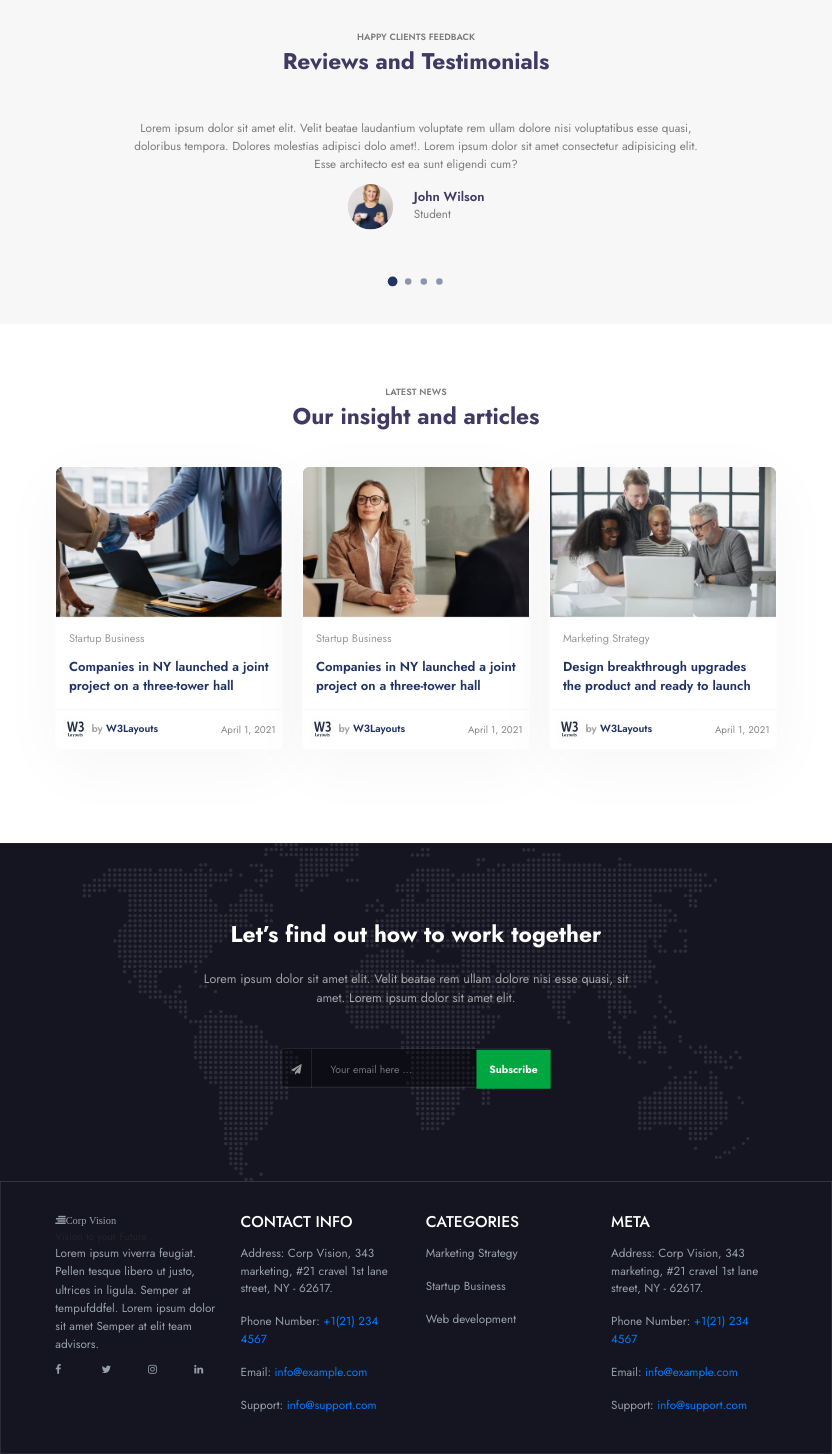
Repository: khaipnp/corpvision
Page: index.html
The author's editor kept a copy of each file at every save. The page is drawn from the files as they stood at one save, then again after the next save.
The browser window is 1280 px wide. The pictures show the whole page, at 65% of full size.

Above is the page before, as saved 2021-07-04 13:05:18.

After the next save:
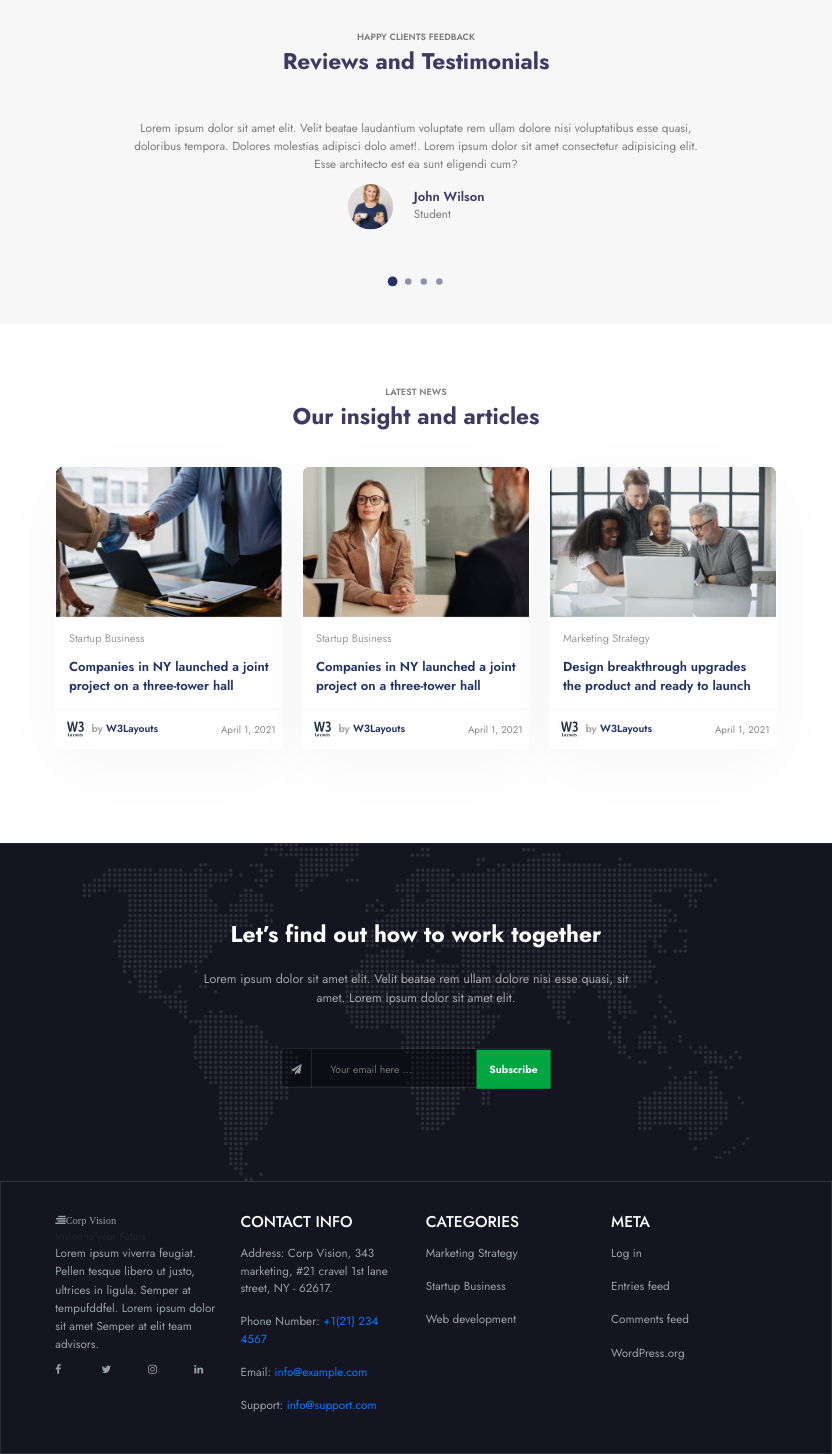
Saved 54 s later.
--- a/index.html
+++ b/index.html
@@ -264,10 +264,10 @@
           <div class="footer__content col-3">
             <h4>META</h4>
             <ul class="list-group list-group-flush">
-              <li class="list-group-item">Address: Corp Vision, 343 marketing, #21 cravel 1st lane street, NY - 62617.</li>
-              <li class="list-group-item">Phone Number: <a href="tel:+1212344567">+1(21) 234 4567</a></li>
-              <li class="list-group-item">Email: <a href="mailto:">info@example.com</a></li>
-              <li class="list-group-item">Support: <a href="mailto:">info@support.com</a></li>
+              <li class="list-group-item">Log in</li>
+              <li class="list-group-item">Entries feed</li>
+              <li class="list-group-item">Comments feed</li>
+              <li class="list-group-item">WordPress.org</li>
             </ul>
           </div>
         </div>
